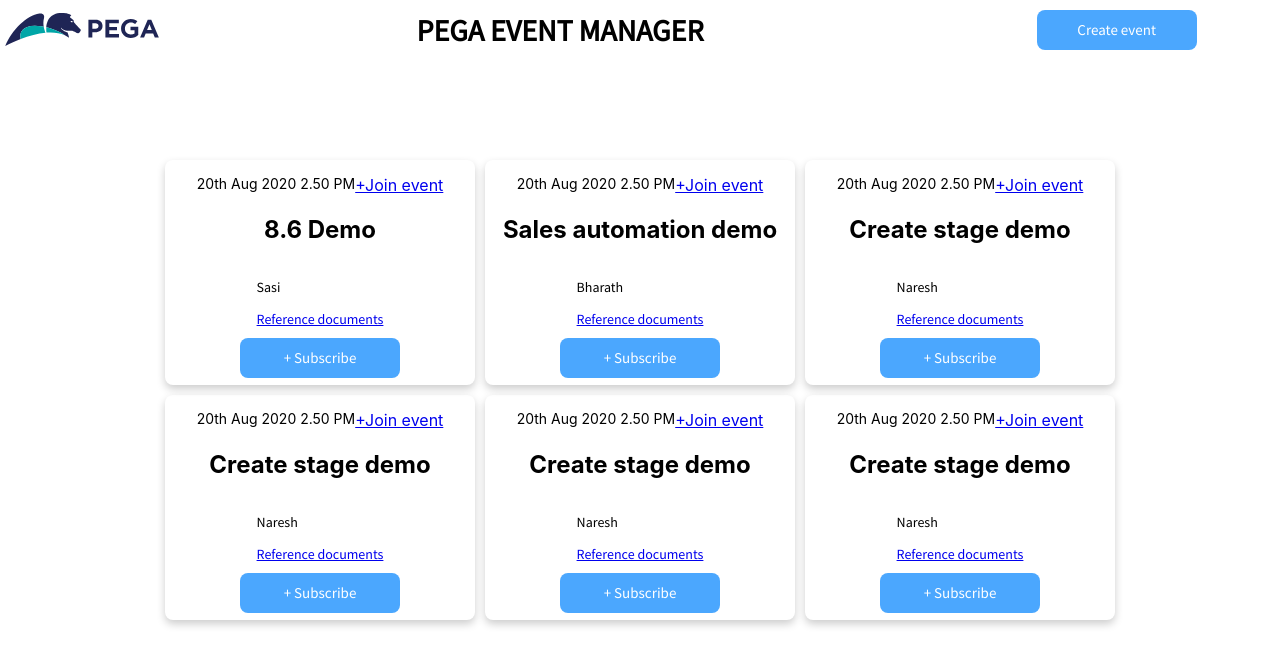
Repository: SasiVeeramachaneni/eventmanager
Page: /
The author's editor kept a copy of each file at every save. The page is drawn from the files as they stood at one save, then again after the next save.
The browser window is 1280 px wide. The pictures show the whole page.
The project was rebuilt for these pictures with package versions that can differ from the ones it lists, and the page was loaded fresh each time.

Above is the page before, as saved 2020-09-02 12:33:13.

After the next save:
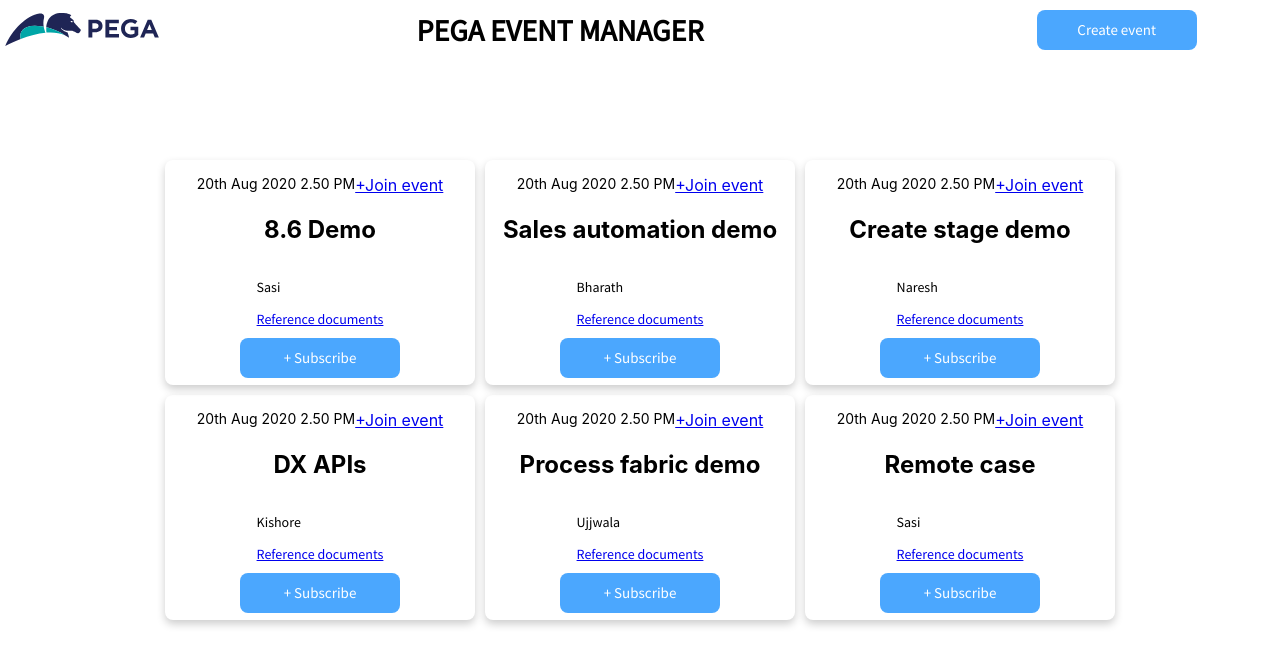
Saved 115 s later.
--- a/src/Events.js
+++ b/src/Events.js
@@ -27,22 +27,22 @@
     },
     {
         id: 4,
-        name: "Create stage demo",
-        username: "Naresh",
+        name: "DX APIs",
+        username: "Kishore",
         email: "Sincere@april.biz",
         subsribe: true
     },
     {
         id: 5,
-        name: "Create stage demo",
-        username: "Naresh",
+        name: "Process fabric demo",
+        username: "Ujjwala",
         email: "Sincere@april.biz",
         subsribe: false
     },
     {
         id: 6,
-        name: "Create stage demo",
-        username: "Naresh",
+        name: "Remote case",
+        username: "Sasi",
         email: "Sincere@april.biz",
         subsribe: true
     },
